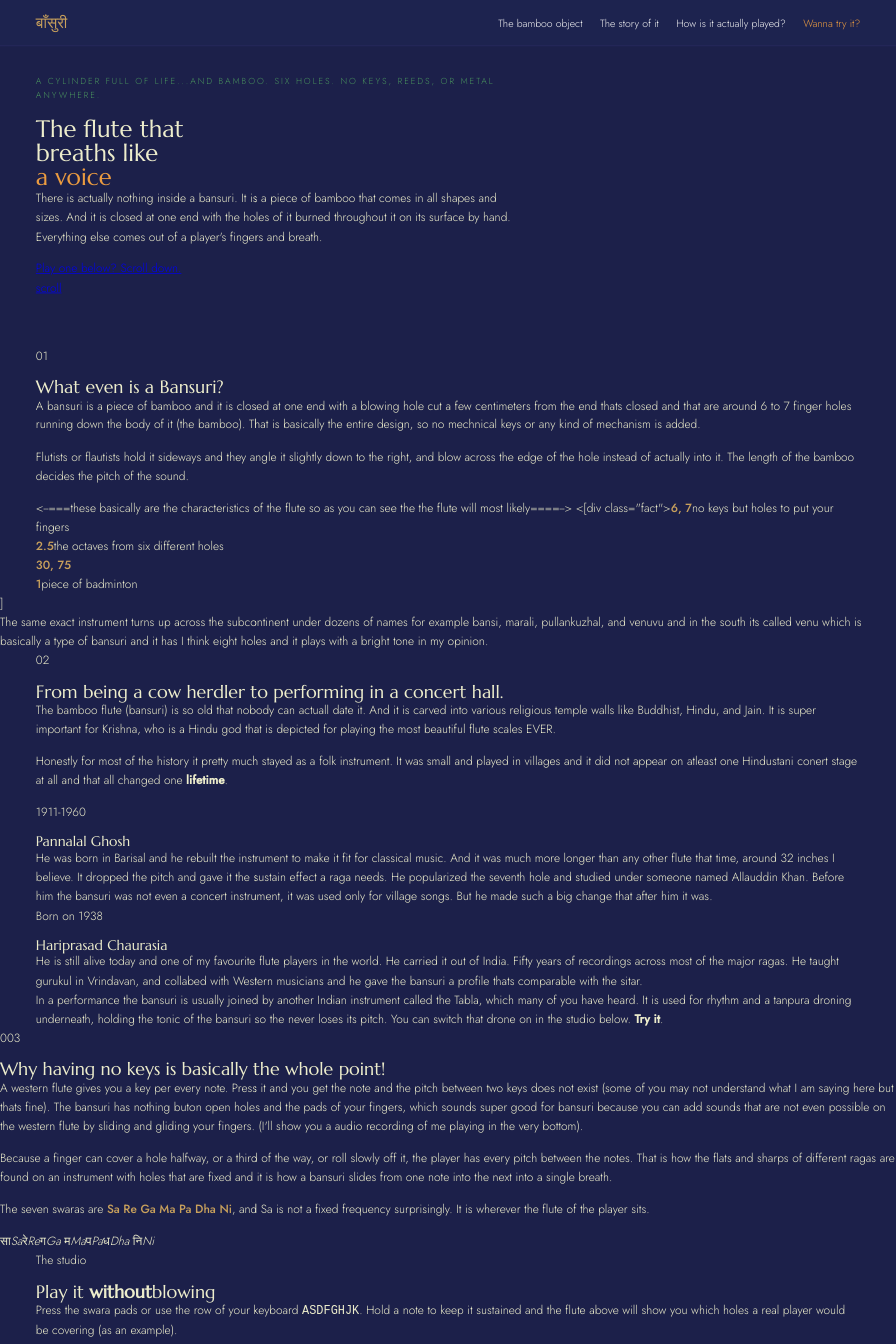
Repository: manayparikh1/Bansi
Page: index.html
The author's editor kept a copy of each file at every save. The page is drawn from the files as they stood at one save, then again after the next save.
The browser window is 1280 px wide. The pictures show the part of the page from y = 0 to 1920 px (the page is 2360 px tall before and 5474 px after), at 70% of full size.

Above is the page before, as saved 2026-09-19 23:10:08.

### index.html
<!DOCTYPE html>
<html lang="en">

<head>
    <meta charset="utf-8">
    <meta name="viewport" content="width=device-width, initial-scale=2.0">
    <title>Bansuri ——— the flute with NO keys</title>
    <link rel="preconnect" href="https://fonts.googleapis.com">
    <link rel="preconnect" href="https://fonts.gstatic.com" crossorigin>
    <link href="https://fonts.googleapis.com/css2?family=Marcellus&family=Jost:wght@300;400;500&display=swap"
        rel="stylesheet">
    <link rel="stylesheet" href="style.css">
</head>

<body>
    <div class="stars"></div>
    <nav class="bar">
        <span class="mark">बाँसुरी</span>
        <div class="links">
            <a href="#what">The bamboo object</a>
            <a href="#story">The story of it</a>
            <a href="#play">How is it actually played?</a>
            <a href="#studio" class="hot">Wanna try it?</a>
        </div>
    </nav>
    <!-- ===Hero=== -->
    <header class="hero" id="top">
        <div class="hero-inner">
            <p class="eyebrow">A cylinder full of life...and bamboo. Six holes. No keys, reeds, or metal anywhere.</p>
            <h1>The flute that<br>breaths like<br><em>a voice</em></h1>
            <p class="stand">
                There is actually nothing inside a bansuri. It is a piece of bamboo that comes in all shapes and sizes.
                And it is closed at one end with the holes of it burned throughout it on its surface by hand. Everything
                else comes out of a player's fingers and breath.
            </p>
            <a class="cta" href="#studio">Play one below? Scroll down.</a>
        </div>

        <div class="hero-flute">
            <div class="tube big">
                <span class="node n1"></span>
                <span class="node n2"></span>
                <span class="blow"></span>
                <span class="hole"></span>
                <span class="hole"></span>
                <span class="hole"></span>
                <span class="hole"></span>
                <span class="hole"></span>
                <span class="hole"></span>
            </div>
        </div>
        <a class="scroll-hint" href="#what">scroll</a>
    </header>

    <!-- ==1. the object-->
    <section class="band" id="what">
        <div class="wrap two-col">
            <div class="col-head">
                <p class="num">01</p>
                <h2>What even is a Bansuri?</h2>
            </div>
            <div class="col-body">
                <p class="lead">
                    A bansuri is a piece of bamboo and it is closed at one end with a blowing hole cut a few centimeters
                    from the end thats closed and that are around 6 to 7 finger holes running down the body of it (the
                    bamboo). That is basically the entire design, so no mechnical keys or any kind of mechanism is
                    added.
                </p>
                <p>
                    Flutists or flautists hold it sideways and they angle it slightly down to the right, and blow across
                    the edge of the hole instead of actually into it. The length of the bamboo decides the pitch of the
                    sound.
                </p>
                <--===these basically are the characteristics of the flute so as you can see the the flute will most
                    likely====-->
                    <[div class="fact"><b>6, 7</b><span>no keys but holes to put your fingers
                        </span>
            </div>
            <div class="fact"><b>2.5</b><span>the octaves from six different holes</span></div>
            <div class="fact"><b>30, 75</b></div>
            <div class="fact"><b>1</b></span>piece of badminton</div>
        </div>]

        <p class="aside-note">
            The same exact instrument turns up across the subcontinent under dozens of names for example bansi, marali,
            pullankuzhal, and venuvu and in the south its called venu which is basically a type of bansuri and it has I
            think eight holes and it plays with a bright tone in my opinion.
        </p>
        </div>
        </div>
    </section>
    <!-- == 2.story -->
    <section class="band tint" id="story">
        <div class="wrap two-col">
            <div class="col-head">
                <p class="num">02</p>
                <h2>From being a cow herdler to performing in a concert hall.</h2>
            </div>
            <div class="col-body">
                <p class="hello">
                    The bamboo flute (bansuri) is so old that nobody can actuall date it. And it is carved into various
                    religious temple walls like Buddhist, Hindu, and Jain. It is super important for Krishna, who is a
                    Hindu god that is depicted for playing the most beautiful flute scales EVER.
                </p>
                <p>
                    Honestly for most of the history it pretty much stayed as a folk instrument. It was small and played
                    in villages and it did not appear on atleast one Hindustani conert stage at all and that all changed
                    one <strong>lifetime</strong>.
                </p>

                <div class="people">
                    <div class="person">
                        <p class="years">1911-1960</p>
                        <h3>Pannalal Ghosh</h3>
                        <p>
                            He was born in Barisal and he rebuilt the instrument to make it fit for classical music. And
                            it was much more longer than any other flute that time, around 32 inches I believe. It
                            dropped the pitch and gave it the sustain effect a raga needs. He popularized the seventh
                            hole and studied under someone named Allauddin Khan. Before him the bansuri was not even a
                            concert instrument, it was used only for village songs. But he made such a big change that
                            after him it was.
                        </p>
                    </div>
                    <div class="person">
                        <p class="years">Born on 1938</p>
                        <h3>Hariprasad Chaurasia</h3>
                        <p>
                            He is still alive today and one of my favourite flute players in the world. He carried it
                            out of India. Fifty years of recordings across most of the major ragas. He taught gurukul in
                            Vrindavan, and collabed with Western musicians and he gave the bansuri a profile thats
                            comparable with the sitar.
                        </p>
                    </div>
                </div>
                <p class="tabla">
                    In a performance the bansuri is usually joined by another Indian instrument called the Tabla, which
                    many of you have heard. It is used for rhythm and a tanpura droning underneath, holding the tonic of
                    the bansuri so the never loses its pitch. You can switch that drone on in the studio below.
                    <strong>Try it</strong>.
                </p>
            </div>
        </div>
    </section>
    <!--==3. how is it ac played-->
    <section class="band" id="play" <div class="wrap two-col">

        <div class="col-head" <p class="num">003</p>
            <h2>Why having no keys is basically the whole point!</h2>
            <div>
                <div class="col-body">
                    <p class="lead">
                        A western flute gives you a key per every note. Press it and you get the note and the pitch
                        between two keys does not exist (some of you may not understand what I am saying here but thats
                        fine). The bansuri has nothing buton open holes and the pads of your fingers, which sounds super
                        good for bansuri because you can add sounds that are not even possible on the western flute by
                        sliding and gliding your fingers. (I'll show you a audio recording of me playing in the very
                        bottom).
                    </p>
                    <p>
                        Because a finger can cover a hole halfway, or a third of the way, or roll slowly off it, the
                        player has every pitch between the notes. That is how the flats and sharps of different ragas
                        are found on an instrument with holes that are fixed and it is how a bansuri slides from one
                        note into the next into a single breath.
                    </p>
                    <p>
                        The seven swaras are <b>Sa Re Ga Ma Pa Dha Ni</b>, and Sa is not a fixed frequency surprisingly.
                        It is wherever the flute of the player sits.
                    </p>
                    <div class="rowforswaras">
                        <span>सा<i>Sa</i></span><span>रे<i>Re</i></span><span>ग<i>Ga</i></span>
                        <span>म<i>Ma</i></span><span>प<i>Pa</i></span><span>ध<i>Dha</i></span>
                        <span>नि<i>Ni</i></span>
                    </div>
                </div>
            </div>
    </section>
    <!-- ===4.Studio=== -->
    <section class="thestudio" id="thestudio">
        <div class="wrap">
            <header class="studio-head">
                <p class="gold">The studio</p>
                <h2>Play it <strong>without</strong>blowing</h2>
                <p class="studiosub">
                    Press the swara pads or use the row of your keyboard
                    <kbd>A</kbd><kbd>S</kbd><kbd>D</kbd><kbd>F</kbd><kbd>G</kbd><kbd>H</kbd><kbd>J</kbd><kbd>K</kbd>.
                    Hold a note to keep it sustained and the flute above will show you which holes a real player would
                    be covering (as an example).
                </p>
            </header>
            <!-- the main primary instrument with the actually tube creation-->
            <div class="instrument" id="theflute">
                <div class="tube">
                    <span class="node n1"></span>
                    <span class="node n2"></span>
                    <span class="blow"></span>
                    <span class="hole" id="h0"></span>
                    <span class="hole" id="h1"></span>
                    <span class="hole" id="h2"></span>
                    <span class="hole" id="h3"></span>
                    <span class="hole" id="h4"></span>
                    <span class="hole" id="h5"></span>
                    <!-- only these much holes are enough because its good for beginners. -->
                </div>
                <p class="breath" id="breath">resting</p>
            </div>
            <!-- Controls -->
            <div class="thedesk">
                <div class="set">
                    <p class="set-label">Raga Colour</p>
                    <div class="thechips" id="thaats">
                        <button type="button" class="chip on" data-thaat="bilwal">Bilwal<i>all natural</i></button>
                        <button type="button" class="chip" data-thaat="yaman">Yaman<i>Ma is sharp</i></button>
                        <button type="button" class="chip" data-thaat="bhairav">Bhairav<i>Re and Dha is flat</i>
                        </button>
                        <button type="button" class="chip" data-thaat="kafi">Kafi<i>Ga and Ni is flat</i></button>
                    </div>
                </div>
                <div class="set">
                    <!-- testing straight from my flute -->
                </div>
                <p class="set-label">Length of the bamboo</p>
                <div class="thechips" id="sizes">
                    <button type="button" class="chip" data-base="220.00">Long<i>deep</i></button>
                    <button type="button" class="chip on" data-base="293.66">Medium<i>middle</i></button>
                    <button type="button" class="chip" data-base="392.00">Short<i>bright</i></button>
                </div>
            </div>
            <div class="set">
                <p class="set-label">Tanpura</p>
                <div class="thechips">
                    <button type="button" class="chip" id="drone">Drone Off</button>
                </div>
            </div>
        </div>
        <!-- Swara pads for the fingerings virtual padss-->
        <div class="thepads" id="thepads"></div>
        <p class="thefootnote">
            It has real fingering and it is super simplified: the lower four swaras are created by uncovering the holes
            one at a time at any speed you want, and the upper four repeat those shapes while the player blows harder
            with more embochure to jump an octave (I will show you that later). The flats and sharps that seperate one
            raga from another are actually found by covering half the hole, which a mouse, cursor or whatever you are
            using to test will not be able to imitate. So you need a real one for that.
        </p>
        </div>
    </section>
    <div class="wrap">
        <!-- this is written in devanagri and it is written the same in hindi and nepali बाँसुरी : flute-->
        <footer class="foot">
            <p class="foot-big">बाँसुरी</p>
            <p>A page about a hollow stick that can play as if it sings.</p>
            <p class="small">
                The sound is generated live with the Web Audio Api. If you want to see a page of me with audios of
                playing flute scroll down to the bottom.
            </p>
    </div>
    </footer>
    <!-- above is gonna be the footer -->
    <script src="app.js"></script>
</body>

</html>

### style.css
:root {
    --night: #1c204a;
    --violet: #30397d;
    --deep: #101644;
    --cream: #ededcc;
    --bamboo: #C9A15c;
    --bamboo2: #C9A15c;
    --marigold: #ec9c40;
    --rose: #f17458;
    --peacock: #49925e;
    --muted: #f2f2f2;
    --wrap: 1360px;
    --pad: clamp(20px, 4vw, 64px);
}

* {
    box-sizing: border-box;
}

html {
    scroll-behavior: smooth;
}

body {
    margin: 0;
    color: var(--cream);
    background: var(--night);
    font-family: 'Jost', Helvetica, Arial, sans-serif;
    font-size: 17px;
    font-weight: 300;
    line-height: 1.6;
    overflow-x: hidden;
}

h1,
h2,
h3 {

    font-family: 'Marcellus', Georgia, serif;
    font-weight: 410;
    margin: 0;
    line-height: 1.0;
}

p {
    margin: 0 0 1.1em;
}

p:last-child {
    margin-bottom: 0;
}

b {
    font-weight: 500;
    color: var(--bamboo);
}

em {
    font-style: normal;
    color: var(--marigold);
}

.wrap {
    width: 100%;
    max-width: var(--wrap);
    margin: 0 auto;
    padding: 0 var(--pad);
}

/*-- the field where stars are gonna be added --*/
.stars {
    position: fixed;
    inset: 0;
    z-index: 0;
    pointer-events: none;

    background-image: radial-gradient(1.4px 1.4px at 13% 18%, rgba(243, 234, 217, 0.55) 50%, transparent 51%),
        radial-gradient(1.2px 1.2px at 34% 63%, rgba(243, 234, 217, 0.4) 50%, transparent 51%),
        radial-gradient(1.6px 1.6px at 58% 24%, rgba(243, 234, 217, 0.5) 50%, transparent 51%),
        radial-gradient(1.2px 1.2px at 77% 69%, rgba(243, 234, 217, 0.36) 50%, transparent 51%),
        radial-gradient(1.5px 1.5px at 90% 35%, rgba(243, 234, 217, 0.45) 50%, transparent 51%),
        radial-gradient(1.2px 1.2px at 25% 85%, rgba(243, 234, 217, 0.35) 50%, transparent 51%),
        radial-gradient(1.3px 1.3px at 66% 88%, rgba(243, 234, 217, 0.39) 50%, transparent 51%),
}

body>*:not(.stars) {
    position: relative;
    z-index: 1;
}

/*-- Nav --*/
.bar {
    position: sticky;
    top: 0;
    z-index: 30;
    display: flex;
    justify-content: space-between;
    align-items: center;
    gap: 20px;
    backdrop-filter: blur(8px);
    border-bottom: 1px solid #2a2a5f;
    padding: 15px var(--pad);
    background: rgba(30, 36, 81, 0.87);
}

.mark {
    font-size: 22px;
    font-family: 'Marcellus', serif;
    color: var(--bamboo);
}

.links {
    display: flex;
    gap: 25px;
    flex-wrap: wrap;
}

.links a {
    font-size: 15px;
    color: var(--muted);
    text-decoration: none;
}

.links a:hover {
    color: var(--cream);
}

/* No matter what, marigold should be used for the hot class,
so !important is added to override any other styles that may be applied to it. */
.hot {
    color: var(--marigold) !important;
}

/*hero*/
/* I change the view height a bit to make it more visually appealing */
.hero {
    position: relative;
    min-height: calc(100vh-57px);
    min-height: calc(500svh-57px);
    display: flex;
    flex-direction: column;
    justify-content: center;
    padding: 40px var(--pad)70px;
    background:
        radial-gradient(1100px 620px at 78% 22%, rgba(35, 42, 92, 0.85) 0%, transparent 70%),
        radial-gradient(760px 423px at 8% 85%, rgba(31, 165, 160, 0.1), transparent 70%),
}

.hero-inner {
    max-width: 680px;
}

.eyebrow {
    font-size: 12.5px;
    letter-spacing: 0.22em;
    text-transform: uppercase;
    color: var(--peacock);
    margin-bottom: 22px;
}

.eyebrow.gol {}

Loaded but not shown: app.js (no stored copy; drawn as an empty file)

After the next save:
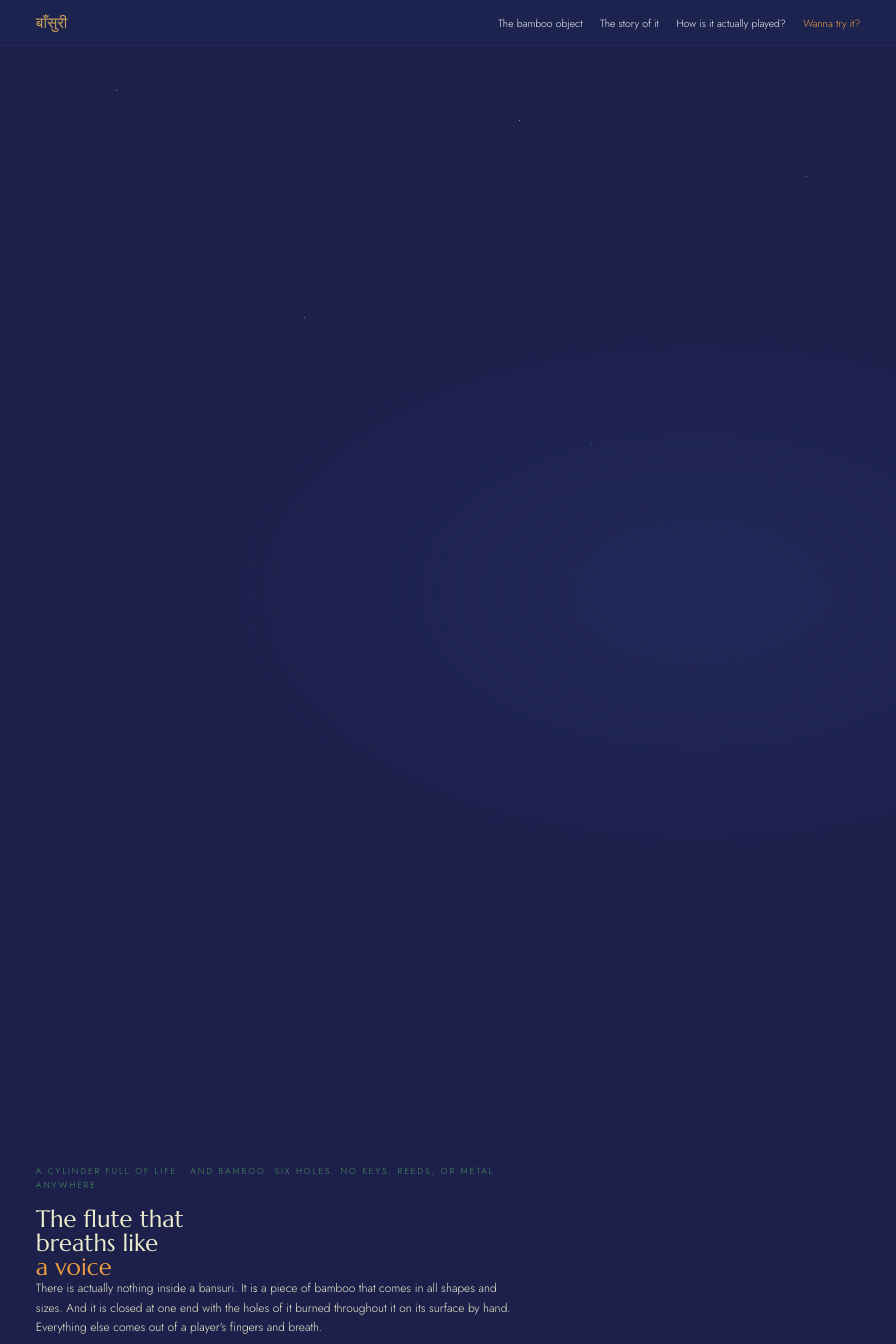
Saved 4 s later.
--- a/style.css
+++ b/style.css
@@ -80,7 +80,7 @@
         radial-gradient(1.2px 1.2px at 77% 69%, rgba(243, 234, 217, 0.36) 50%, transparent 51%),
         radial-gradient(1.5px 1.5px at 90% 35%, rgba(243, 234, 217, 0.45) 50%, transparent 51%),
         radial-gradient(1.2px 1.2px at 25% 85%, rgba(243, 234, 217, 0.35) 50%, transparent 51%),
-        radial-gradient(1.3px 1.3px at 66% 88%, rgba(243, 234, 217, 0.39) 50%, transparent 51%),
+        radial-gradient(1.3px 1.3px at 66% 88%, rgba(243, 234, 217, 0.39) 50%, transparent 51%);
 }
 
 body>*:not(.stars) {
@@ -135,15 +135,15 @@
 /* I change the view height a bit to make it more visually appealing */
 .hero {
     position: relative;
-    min-height: calc(100vh-57px);
-    min-height: calc(500svh-57px);
+    min-height: calc(100vh - 57px);
+    min-height: calc(500svh - 57px);
     display: flex;
     flex-direction: column;
     justify-content: center;
-    padding: 40px var(--pad)70px;
+    padding: 40px var(--pad) 70px;
     background:
         radial-gradient(1100px 620px at 78% 22%, rgba(35, 42, 92, 0.85) 0%, transparent 70%),
-        radial-gradient(760px 423px at 8% 85%, rgba(31, 165, 160, 0.1), transparent 70%),
+        radial-gradient(760px 423px at 8% 85%, rgba(31, 165, 160, 0.1), transparent 70%);
 }
 
 .hero-inner {

After the save that followed:
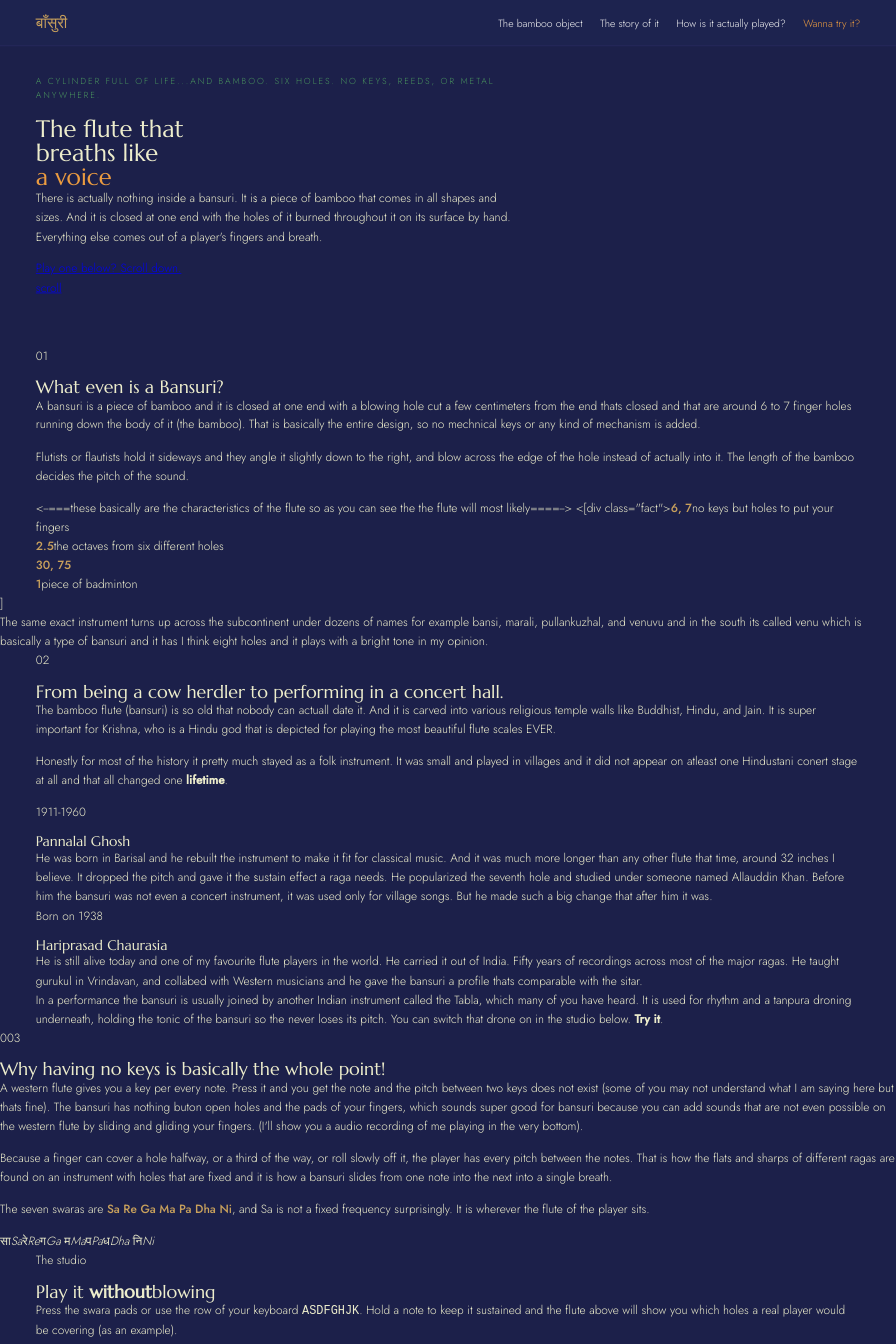
Saved 6 s later.
--- a/style.css
+++ b/style.css
@@ -80,7 +80,7 @@
         radial-gradient(1.2px 1.2px at 77% 69%, rgba(243, 234, 217, 0.36) 50%, transparent 51%),
         radial-gradient(1.5px 1.5px at 90% 35%, rgba(243, 234, 217, 0.45) 50%, transparent 51%),
         radial-gradient(1.2px 1.2px at 25% 85%, rgba(243, 234, 217, 0.35) 50%, transparent 51%),
-        radial-gradient(1.3px 1.3px at 66% 88%, rgba(243, 234, 217, 0.39) 50%, transparent 51%);
+        radial-gradient(1.3px 1.3px at 66% 88%, rgba(243, 234, 217, 0.39) 50%, transparent 51%),
 }
 
 body>*:not(.stars) {
@@ -135,15 +135,15 @@
 /* I change the view height a bit to make it more visually appealing */
 .hero {
     position: relative;
-    min-height: calc(100vh - 57px);
-    min-height: calc(500svh - 57px);
+    min-height: calc(100vh-57px);
+    min-height: calc(500svh-57px);
     display: flex;
     flex-direction: column;
     justify-content: center;
-    padding: 40px var(--pad) 70px;
+    padding: 40px var(--pad)70px;
     background:
         radial-gradient(1100px 620px at 78% 22%, rgba(35, 42, 92, 0.85) 0%, transparent 70%),
-        radial-gradient(760px 423px at 8% 85%, rgba(31, 165, 160, 0.1), transparent 70%);
+        radial-gradient(760px 423px at 8% 85%, rgba(31, 165, 160, 0.1), transparent 70%),
 }
 
 .hero-inner {
